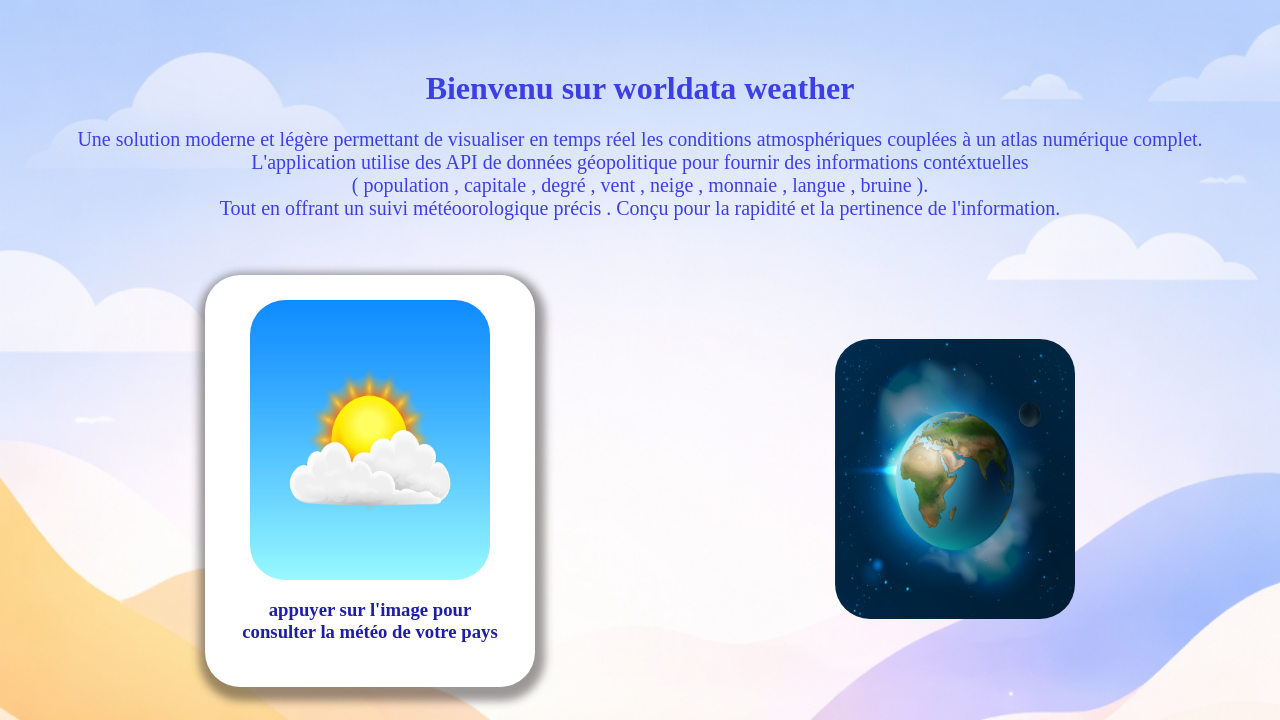
Repository: assanendao171/meteo
Page: index.html
The author's editor kept a copy of each file at every save. The page is drawn from the files as they stood at one save, then again after the next save.
The browser window is 1280 px wide. The pictures show the whole page.

Above is the page before, as saved 2026-03-18 17:20:29.

### index.html
<!DOCTYPE html>
<html lang="en">
<head>
    <meta charset="UTF-8">
    <meta name="viewport" content="width=device-width, initial-scale=1.0">
    <title>Document</title>
    <link rel="stylesheet" href="style.css">
</head>
<body>
    <h1>Bienvenu sur worldata weather</h1>
    <p>Une solution moderne et légère permettant de visualiser en temps réel les conditions atmosphériques couplées à un atlas numérique
        complet. <br> L'application utilise des API de données géopolitique pour fournir des informations contéxtuelles <br>
        ( population , capitale , degré , vent , neige , monnaie , langue , bruine ). <br>
        Tout en offrant un suivi météoorologique précis . Conçu pour la rapidité et la  pertinence de l'information.
    </p>
    <div id="contain">
        <div id="img1">
            <img src="acceuil.jpg" alt="meteo">
<h3>appuyer sur l'image pour consulter la météo de votre pays</h3>
        </div>
        <div id="ima2">
<img src="18966224.jpg" alt="la terre">

        </div>
    </div>
</body>
</html>

### style.css
body{
    background-image: url("fondacceuil.png");
    background-size: cover;
    background-repeat: no-repeat;
}
img{
    width: 240px;
    height: 280px;
    border-radius: 35px;
}
img:hover{
transform: scale(1.1);
transition: 1.5s;
}
h1{
    text-align: center;
    color: rgb(62, 62, 230);
    font-size:2rem;
        margin-top: 70px;

}
#contain{
    display: flex;
    gap: 300px;
flex-direction: row;
justify-content: center;
align-items: center;
margin-top:55px
}
p{
        font-size: 20px;
    text-align: center;
    color: rgb(62, 62, 230);
}
#img1{
    width: 280px;
    height: auto;
    padding:25px;
    background-color: white;
    display: flex;
    flex-direction: column;
    justify-content: center;
    align-items: center;
    border-radius: 35px;
    box-shadow: rgba(31, 28, 28, 0.445) 2px 6px 8px 8px;

}
h3{
        text-align: center;
    color: rgb(29, 29, 168);
}

After the next save:
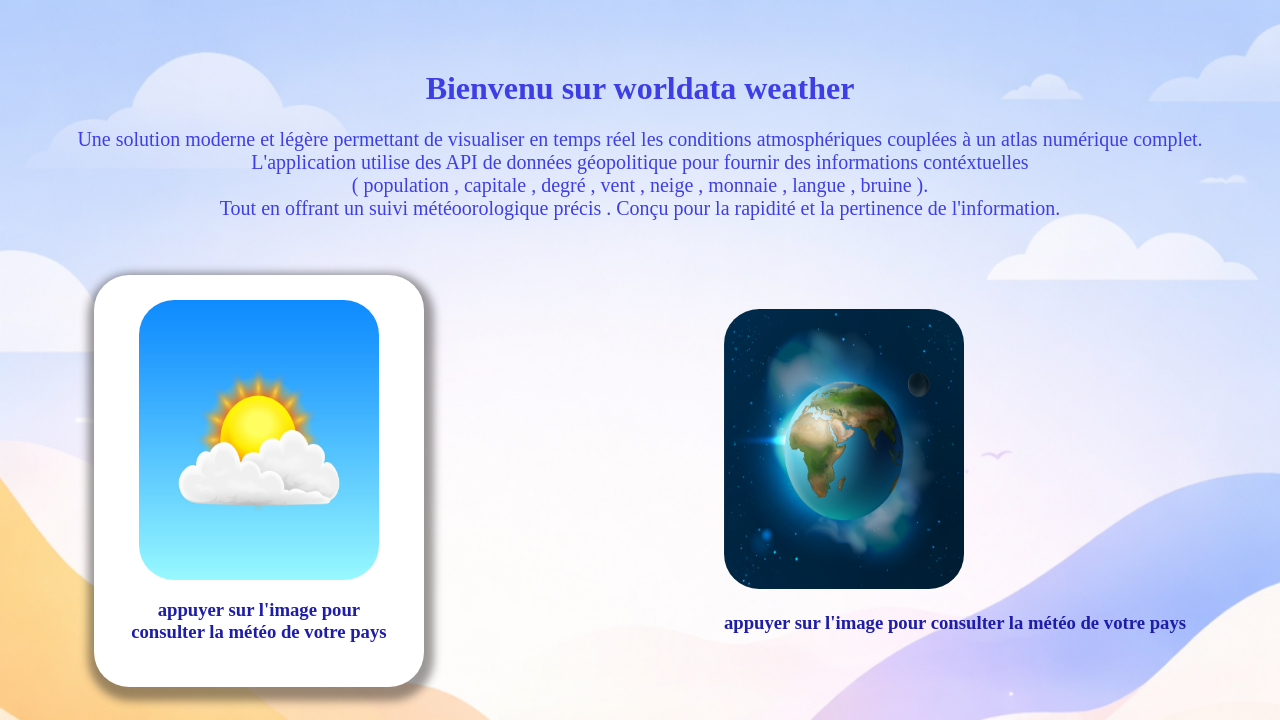
Saved 35 s later.
--- a/index.html
+++ b/index.html
@@ -20,6 +20,8 @@
         </div>
         <div id="ima2">
 <img src="18966224.jpg" alt="la terre">
+<h3>appuyer sur l'image pour consulter la météo de votre pays</h3>
+
 
         </div>
     </div>
